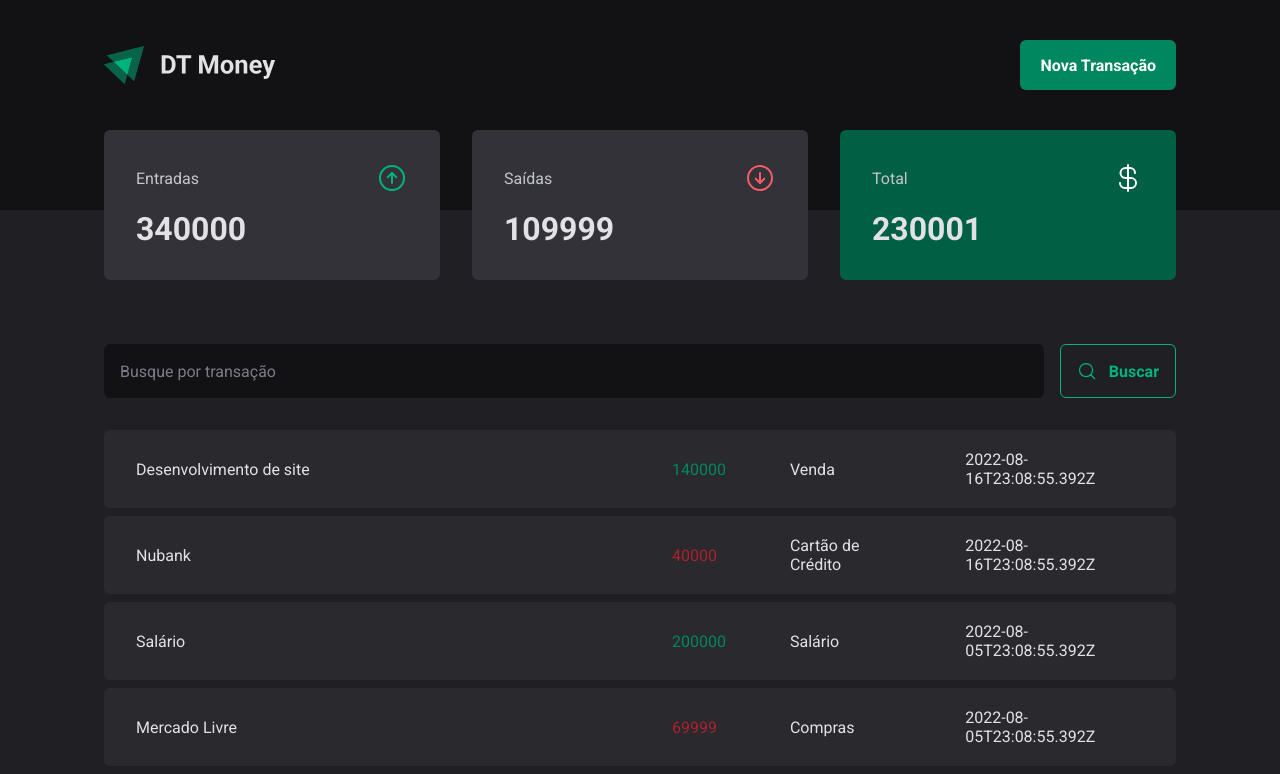
Repository: guilhermecardoso93/dtmoney-reactjs-ignite
Page: /
An editor plug-in stored every save of this project. The page is shown before and after the next save, followed by the edit.
The browser window is 1280 px wide. The pictures show the whole page.
The project was rebuilt for these pictures with package versions that can differ from the ones it lists, and the page was loaded fresh each time. Requests to the local data server were answered from the project's data file. Also part of the build but not shown: vite.config.ts.

Above is the page before, as saved 2022-08-16 21:12:29.

### index.html
<!DOCTYPE html>
<html lang="pt-BR">
  <head>
    <meta charset="UTF-8" />
    <link rel="icon" type="image/svg+xml" href="/vite.svg" />
    <link rel="preconnect" href="https://fonts.googleapis.com" />
    <link rel="preconnect" href="https://fonts.gstatic.com" crossorigin />
    <link
      href="https://fonts.googleapis.com/css2?family=Fredoka+One&family=Roboto:wght@300;400;500;700&display=swap"
      rel="stylesheet"
    />
    <meta name="viewport" content="width=device-width, initial-scale=1.0" />
    <title>Dt Money 2022</title>
  </head>
  <body>
    <div id="root"></div>
    <script type="module" src="/src/main.tsx"></script>
  </body>
</html>

### src/App.tsx
import { ThemeProvider } from "styled-components";
import { Header } from "./components/Header";
import { Summary } from "./components/Summary";
import { TransactionsProvider } from "./contexts/TransactionsContext";
import { Transactions } from "./pages/Transactions";
import { GlobalStyle } from "./styles/global";
import { defaultTheme } from "./styles/themes/default";

export function App() {
  return (
    <TransactionsProvider>
      <ThemeProvider theme={defaultTheme}>
        <GlobalStyle />
        <Header />
        <Summary />
        <Transactions />
      </ThemeProvider>
    </TransactionsProvider>
  );
}

### src/components/Header/index.tsx
import * as Dialog from "@radix-ui/react-dialog";

import { HeaderContainer, HeaderContent, NewTransactionButton } from "./styles";
import LogoImg from "../../assets/logo.svg";
import { NewTransactionModal } from "../NewTransactionModal";

export function Header() {
  return (
    <HeaderContainer>
      <HeaderContent>
        <img src={LogoImg} alt="" />

        <Dialog.Root>
          <Dialog.Trigger asChild>
            <NewTransactionButton>Nova Transação</NewTransactionButton>
          </Dialog.Trigger>
          <NewTransactionModal/>
        </Dialog.Root>
      </HeaderContent>
    </HeaderContainer>
  );
}

### src/components/Summary/index.tsx
import { ArrowCircleDown, ArrowCircleUp, CurrencyDollar } from "phosphor-react";
import { useContext } from "react";
import { TransactionsContext } from "../../contexts/TransactionsContext";
import { SummaryCard, SummaryContainer } from "./styles";

export function Summary() {
  const { transactions } = useContext(TransactionsContext);

  const summary = transactions.reduce(
    (acc, transaction) => {
      if (transaction.type === "income") {
        acc.income += transaction.price;
        acc.total += transaction.price;
      } else {
        acc.outcome += transaction.price;
        acc.total -= transaction.price;
      }
      return acc;
    },
    {
      income: 0,
      outcome: 0,
      total: 0,
    }
  );

  return (
    <SummaryContainer>
      <SummaryCard>
        <header>
          <span>Entradas</span>
          <ArrowCircleUp size={32} color="#00b37e" />
        </header>
        <strong>{summary.income}</strong>
      </SummaryCard>
      <SummaryCard>
        <header>
          <span>Saídas</span>
          <ArrowCircleDown size={32} color="#f75a68" />
        </header>
        <strong> {summary.outcome}</strong>
      </SummaryCard>
      <SummaryCard variant="green">
        <header>
          <span>Total</span>
          <CurrencyDollar size={32} color="#fff" />
        </header>
        <strong>{summary.total}</strong>
      </SummaryCard>
    </SummaryContainer>
  );
}

### src/contexts/TransactionsContext.tsx
import { Children, createContext, ReactNode, useEffect, useState } from "react";

interface Transaction {
  id: number;
  description: string;
  type: "income" | "outcome";
  price: number;
  category: string;
  createdAt: string;
}

interface TransactionContextType {
  transactions: Transaction[];
}

interface TransactionProviderProps {
  children: ReactNode;
}

export const TransactionsContext = createContext({} as TransactionContextType);

export function TransactionsProvider({ children }: TransactionProviderProps) {
  const [transactions, setTransactions] = useState<Transaction[]>([]);

  async function loadTransactions() {
    const response = await fetch("http://localhost:3000/transactions");
    const data = await response.json();
    console.log(data);

    setTransactions(data);
  }
  useEffect(() => {
    loadTransactions();
  }, []);

  return (
    <TransactionsContext.Provider value={{ transactions }}>
      {children}
    </TransactionsContext.Provider>
  );
}

### src/pages/Transactions/index.tsx
import { useContext } from "react";
import { TransactionsContext } from "../../contexts/TransactionsContext";
import { SearchForm } from "./components/SearchForm";
import {
  PriceHighLight,
  TransactionContainer,
  TransactionTable,
} from "./styles";

interface Transaction {

}

export function Transactions() {
 const { transactions } = useContext(TransactionsContext)

    return (
      <>
        <TransactionContainer>
          <SearchForm />
          <TransactionTable>
            <tbody>
              {transactions.map((transaction) => {
                return (
                  <tr key={transaction.id}>
                    <td width="50%">{transaction.description}</td>
                    <td>
                      <PriceHighLight variant={transaction.type}>
                        {transaction.price}
                      </PriceHighLight>
                    </td>
                    <td>{transaction.category}</td>
                    <td>{transaction.createdAt}</td>
                  </tr>
                );
              })}
            </tbody>
          </TransactionTable>
        </TransactionContainer>
      </>
    );
  }

### src/styles/global.ts
import { createGlobalStyle } from "styled-components";

export const GlobalStyle = createGlobalStyle`
* {
  margin: 0;
  padding: 0;
  box-sizing: border-box;
}

:focus {
  outline: 0;
  box-shadow:0 0 0 2ox ${(props) => props.theme["green-500"]} ;
}

body {
  background-color: ${(props) => props.theme["gray-800"]};
  color:${(props) => props.theme["gray-100"]}
}

body, input, text-area, button {
  font:400 1rem 'Roboto' ;
}
`;

### src/components/Header/styles.ts
import styled from "styled-components";
import * as Dialog from "@radix-ui/react-dialog";


export const HeaderContainer = styled.header`
background-color: ${(props) => props.theme["gray-900"]};
padding: 2.5rem 0 7.5rem;
`;

export const HeaderContent = styled.div`
  width: 100%;
  max-width: 1120px;
  margin: 0 auto;
  padding: 0 1.5rem;

  display: flex;
  justify-content: space-between;
  align-items: center;
`;

export const NewTransactionButton = styled.button`
  height: 50px;
  border: 0;
  background-color: ${(props) => props.theme["green-500"]};
  color:${(props) => props.theme.white};
  font-weight:bold;
  padding: 0 1.25rem;
  border-radius: 6px;
  cursor: pointer;
  transition: background-color 0.2s;

  &:hover {
    background-color: ${(props) => props.theme["green-700"]};
  }
`;

### src/components/NewTransactionModal/index.tsx
import * as Dialog from "@radix-ui/react-dialog";
import * as RadioGroup from '@radix-ui/react-radio-group';
import { ArrowCircleDown, ArrowCircleUp, X } from "phosphor-react";

import {
  Overlay,
  Content,
  Close,
  TransactionType,
  TransactionTypeButton,
} from "./styles";

export function NewTransactionModal() {
  return (
    <Dialog.Portal>
      <Overlay />

      <Content>
        <Dialog.Title>Nova Transação</Dialog.Title>
        <Close>
          <X />
        </Close>

        <form action="">
          <input type="text" placeholder="Descrição" required />
          <input type="number" placeholder="Preço" required />
          <input type="text" placeholder="Categoria" required />

          <TransactionType>
            <TransactionTypeButton variant="income" value='income'>
              Entrada
              <ArrowCircleUp size={20} />
            </TransactionTypeButton>
            <TransactionTypeButton variant="outcome" value='outcome'>
              Saída
              <ArrowCircleDown size={20} />
            </TransactionTypeButton>
          </TransactionType>

          <button type="submit">Cadastrar</button>
        </form>
      </Content>
    </Dialog.Portal>
  );
}

### src/components/Summary/styles.ts
import styled, { css } from "styled-components";

export const SummaryContainer = styled.section`
  width: 100%;
  max-width: 1120px;
  margin: 0 auto;
  padding: 0 1.5rem;

  display:grid;
  grid-template-columns:  repeat(3, 1fr);
  gap: 2rem;

  margin-top: -5rem;
  `;

interface SummaryCardProps {
  variant?: "green";
}

export const SummaryCard = styled.div<SummaryCardProps>`
  background-color: ${(props) => props.theme["gray-600"]};
  border-radius: 6px;
  padding: 2rem;

  header{
    display: flex;
    align-items: center;
    justify-content: space-between;
    color: ${(props) => props.theme["gray-300"]};
  }

  strong {
    display: block;
    font-size: 2rem;
    margin-top: 1rem;
  }

  ${(props) =>
  props.variant === "green" && css`
    background-color: ${(props) => props.theme["green-700"]};
  `}

`;

### src/pages/Transactions/components/SearchForm/index.tsx
import { MagnifyingGlass } from "phosphor-react";
import { SearchFormContainer } from "./styles";

export function SearchForm() {
  return (
    <SearchFormContainer>
      <input type="text" placeholder="Busque por transação" />
      <button type="submit">
        <MagnifyingGlass size={20} />
        Buscar
      </button>
    </SearchFormContainer>
  );
}

### src/pages/Transactions/styles.ts
import styled, { css } from "styled-components";

export const TransactionContainer = styled.main`
  width: 100%;
  max-width: 1120px;
  margin: 4rem auto 0;
  padding: 0 1.5rem;
  `;

export const TransactionTable = styled.table`
width: 100%;
border-collapse: separate;
border-spacing: 0 0.5rem;
margin-top: 1.5rem;

td {
  padding: 1.25rem 2rem;
  background-color: ${(props) => props.theme["gray-700"]};

  &:first-child {
    border-top-left-radius: 6px;
    border-bottom-left-radius: 6px;
  }

  &:last-child {
    border-top-right-radius: 6px;
    border-bottom-right-radius: 6px;
  }
}
`;

interface PriceHighLightProps {
  variant: "income" | "outcome";
}

export const PriceHighLight = styled.span<PriceHighLightProps>`
  color: ${(props) =>
  props.variant === "income"
    ? props.theme["green-500"]
    : props.theme["red-500"]};
`;

### src/components/NewTransactionModal/styles.ts
import styled from "styled-components";
import * as Dialog from "@radix-ui/react-dialog";
import * as RadioGroup from "@radix-ui/react-radio-group";

export const Overlay = styled(Dialog.Overlay)`
  position: fixed;
  width: 100vw;
  height: 100vh;
  inset: 0;
  background-color: rgba(0, 0, 0, 0.75);
`;

export const Content = styled(Dialog.Content)`
  min-width: 32rem;
  border-radius: 6px;
  padding: 2.5rem 3rem;
  background-color: ${(props) => props.theme["gray-800"]};

  position: fixed;
  top: 50%;
  left: 50%;
  transform: translate(-50%, -50%);

  form {
    margin-top: 2rem;
    display: flex;
    flex-direction: column;
    gap: 1rem;

    input {
      border-radius: 6px;
      border: 0;
      background-color: ${(props) => props.theme["gray-900"]};
      color: ${(props) => props.theme["gray-300"]};
      padding: 1rem;

      &::placeholder {
        color: ${(props) => props.theme["gray-500"]};
      }
    }

    button[type="submit"] {
      height: 58px;
      border: 0;
      background-color: ${(props) => props.theme["green-500"]};
      color: ${(props) => props.theme.white};
      font-weight: bold;
      padding: 0 1.25rem;
      border-radius: 6px;
      cursor: pointer;
      margin-top: 1.5rem;
      transition: background-color 0.2s;

      &:hover {
        background-color: ${(props) => props.theme["green-700"]};
      }
    }
  }
`;

export const Close = styled(Dialog.Close)`
  position: absolute;
  background: transparent;
  border: none;
  top: 1.5rem;
  right: 1.5rem;
  line-height: 0;
  cursor: pointer;
  color: ${(props) => props.theme["gray-500"]};
`;

export const TransactionType = styled(RadioGroup.Root)`
  display: grid;
  grid-template-columns: repeat(2, 1fr);
  gap: 1rem;
  margin-top: 0.5rem;
`;

interface TransactionTypeButtonProps {
  variant: "income" | "outcome";
}

export const TransactionTypeButton = styled(
  RadioGroup.Item,
)<TransactionTypeButtonProps>`
  background-color: ${(props) => props.theme["gray-700"]};
  padding: 1rem;
  display: flex;
  align-items: center;
  justify-content: center;
  gap: 0.5rem;
  border-radius: 6px;
  cursor: pointer;
  border: 0;
  color: ${(props) => props.theme["gray-300"]};

  svg {
    color: ${(props) =>
  props.variant === "income"
    ? props.theme["green-500"]
    : props.theme["red-500"]};
  }

  &[data-state="unchecked"]:hover {
    background: ${(props) => props.theme["gray-600"]};
  }

  &[data-state="checked"] {
    color: ${(props) => props.theme.white};
    background: ${(props) =>
  props.variant === "income"
    ? props.theme["green-500"]
    : props.theme["red-500"]};

    svg {
      color: ${(props) => props.theme.white};
    }
  }
`;

### src/pages/Transactions/components/SearchForm/styles.ts
import styled, { css } from "styled-components";

export const SearchFormContainer = styled.form`
  display: flex;
  gap: 1rem;

  input {
    flex: 1;
    border-radius: 6px;
    border: 0;
    color: ${(props) => props.theme["gray-300"]};
    background-color: ${(props) => props.theme["gray-900"]};
    padding: 1rem;

    &::placeholder {
      color: ${(props) => props.theme["gray-500"]};
    }
  }

  button {
    display: flex;
    align-items: center;
    gap: 0.75rem;

    border: 0;
    padding: 1rem;
    background: transparent;
    border: 1px solid ${(props) => props.theme["green-300"]};
    color: ${(props) => props.theme["green-300"]};
    font-weight: bold;
    border-radius: 6px;

    &:hover {
      background: ${(props) => props.theme["green-500"]};
      border: 1px solid ${(props) => props.theme["green-500"]};
      color: ${(props) => props.theme.white};
      transition: background-color 0.2s, color 0.2s, border-color 0.2s;
    }
  }
`;

### server.json
{
  "transactions": [{
      "id": 1,
      "description": "Desenvolvimento de site",
      "type": "income",
      "category": "Venda",
      "price": 140000,
      "createdAt": "2022-08-16T23:08:55.392Z"
    },
    {
      "id": 2,
      "description": "Nubank",
      "type": "outcome",
      "category": "Cartão de Crédito",
      "price": 40000,
      "createdAt": "2022-08-16T23:08:55.392Z"
    },
    {
      "id": 3,
      "description": "Salário",
      "type": "income",
      "category": "Salário",
      "price": 200000,
      "createdAt": "2022-08-05T23:08:55.392Z"
    },
    {
      "id": 4,
      "description": "Mercado Livre",
      "type": "outcome",
      "category": "Compras",
      "price": 69999,
      "createdAt": "2022-08-05T23:08:55.392Z"
    }

  ]
}

Loaded but not shown: src/main.tsx (common file); src/styles/themes/default.ts (common file); src/utils/formatter.ts (common file)

After the next save:
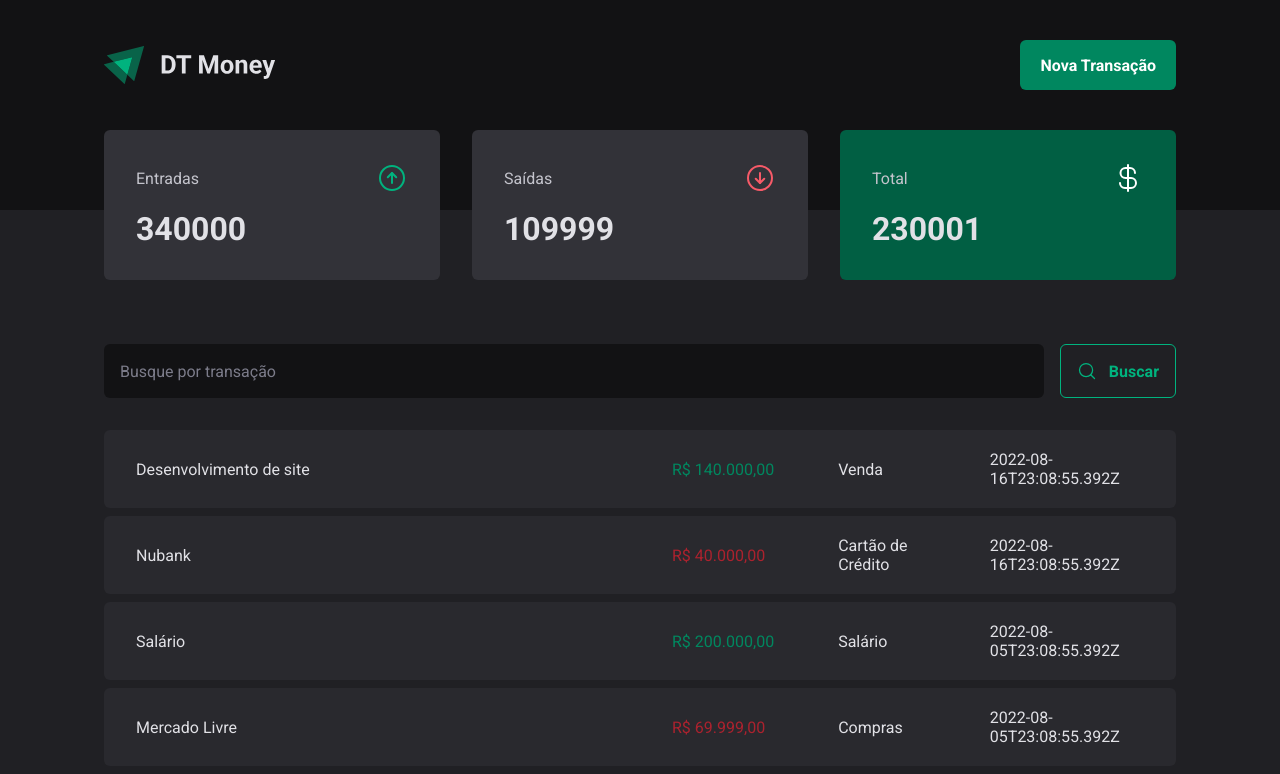
Saved 35 s later.
--- a/src/pages/Transactions/index.tsx
+++ b/src/pages/Transactions/index.tsx
@@ -1,5 +1,6 @@
 import { useContext } from "react";
 import { TransactionsContext } from "../../contexts/TransactionsContext";
+import { priceFormatter } from "../../utils/formatter";
 import { SearchForm } from "./components/SearchForm";
 import {
   PriceHighLight,
@@ -26,7 +27,7 @@ export function Transactions() {
                     <td width="50%">{transaction.description}</td>
                     <td>
                       <PriceHighLight variant={transaction.type}>
-                        {transaction.price}
+                        {priceFormatter.format(transaction.price)}
                       </PriceHighLight>
                     </td>
                     <td>{transaction.category}</td>
